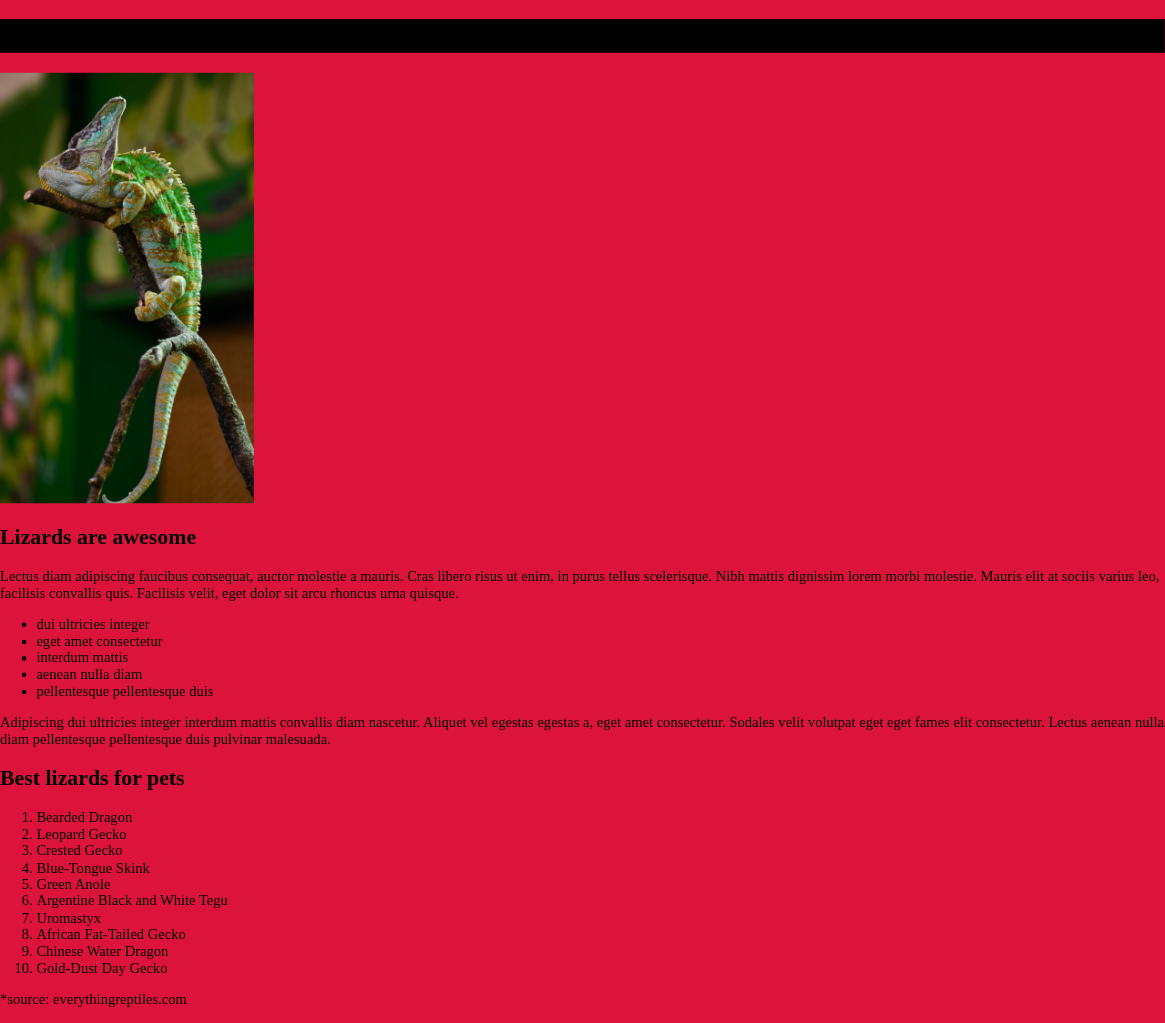
Repository: Doumham-Armah/lizards-landing--page
Page: index.html
An editor plug-in stored every save of this project. The page is shown before and after the next save, followed by the edit.
The browser window is 1280 px wide. The pictures show the whole page, at 91% of full size.

Above is the page before, as saved 2021-08-10 13:29:21.

### index.html
<!DOCTYPE html>
<html>
  <head>
    <link
      rel="stylesheet"
      href="https://cdnjs.cloudflare.com/ajax/libs/normalize/8.0.1/normalize.css"
    />
    <title>All about lizards</title>
    <link href="css/style.css" rel="stylesheet" />
  </head>
  <body>
    <header>
      <h1>All About Lizards</h1>
    </header>

    <main>
      <section class="main-content">
        <img src="images/chameleon.jpg" alt="a chameleon climbing a branch" />

        <h2>Lizards are awesome</h2>
        <p>
          Lectus diam adipiscing faucibus consequat, auctor molestie a mauris.
          Cras libero risus ut enim, in purus tellus scelerisque. Nibh mattis
          dignissim lorem morbi molestie. Mauris elit at sociis varius leo,
          facilisis convallis quis. Facilisis velit, eget dolor sit arcu rhoncus
          urna quisque.
        </p>

        <!-- insert the unordered list here -->
        <ul>
          <li>dui ultricies integer</li>
          <li>eget amet consectetur</li>
          <li>interdum mattis</li>
          <li>aenean nulla diam</li>
          <li>pellentesque pellentesque duis</li>
        </ul>

        <p>
          Adipiscing dui ultricies integer interdum mattis convallis diam
          nascetur. Aliquet vel egestas egestas a, eget amet consectetur.
          Sodales velit volutpat eget eget fames elit consectetur. Lectus aenean
          nulla diam pellentesque pellentesque duis pulvinar malesuada.
        </p>
      </section>

      <aside class="sidebar">
        <h2>Best lizards for pets</h2>
        <!-- insert the ordered list here -->
        <ol>
          <li>Bearded Dragon</li>
          <li>Leopard Gecko</li>
          <li>Crested Gecko</li>
          <li>Blue-Tongue Skink</li>
          <li>Green Anole</li>
          <li>Argentine Black and White Tegu</li>
          <li>Uromastyx</li>
          <li>African Fat-Tailed Gecko</li>
          <li>Chinese Water Dragon</li>
          <li>Gold-Dust Day Gecko</li>
        </ol>
        <p>*source: everythingreptiles.com</p>
      </aside>
    </main>
  </body>
</html>

### css/style.css
body {
  margin: 0;
  background-color: crimson;
}

h1 {
  background-color: black;
}

After the next save:
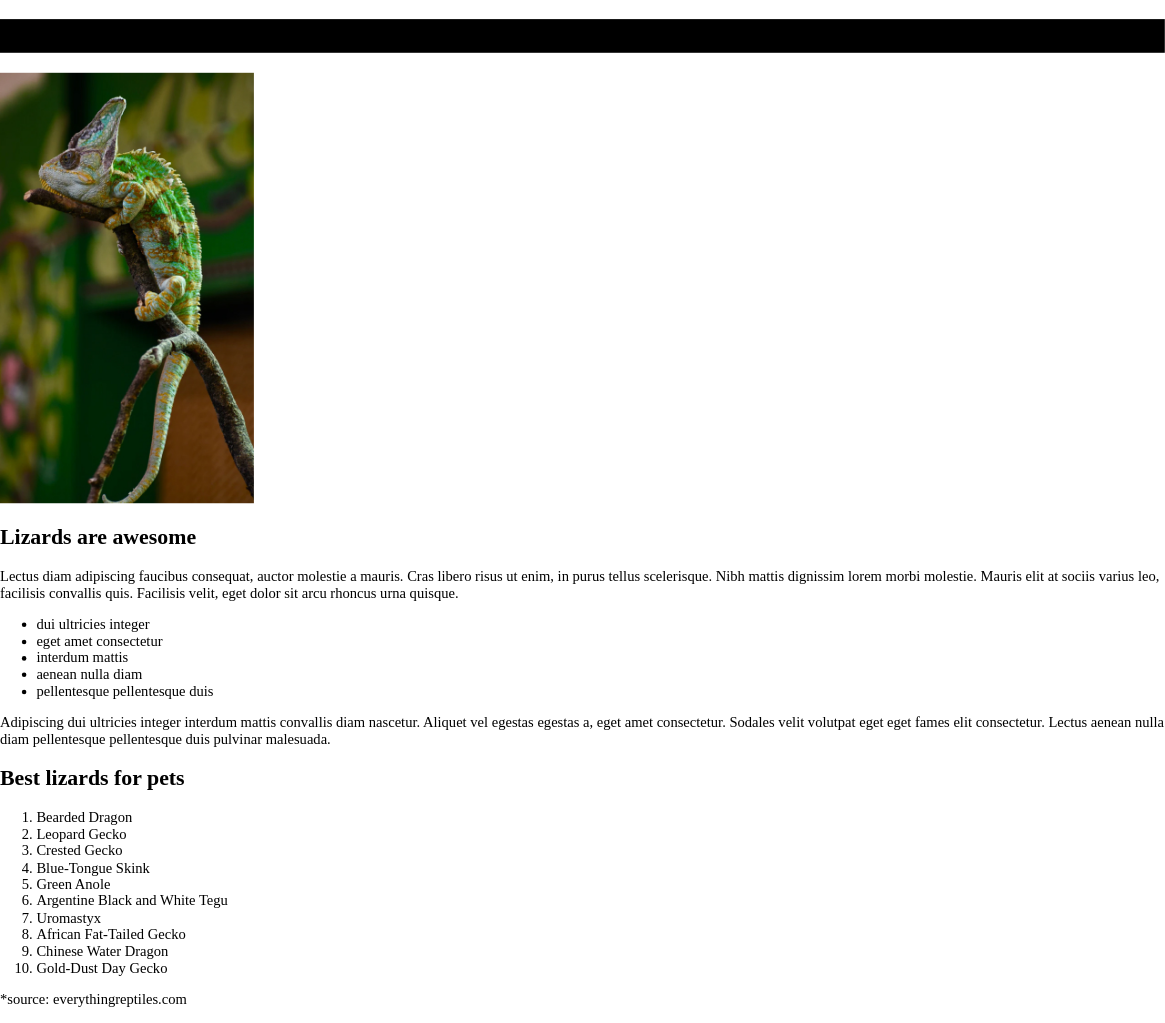
Saved 7 s later.
--- a/css/style.css
+++ b/css/style.css
@@ -1,6 +1,5 @@
 body {
   margin: 0;
-  background-color: crimson;
 }
 
 h1 {
